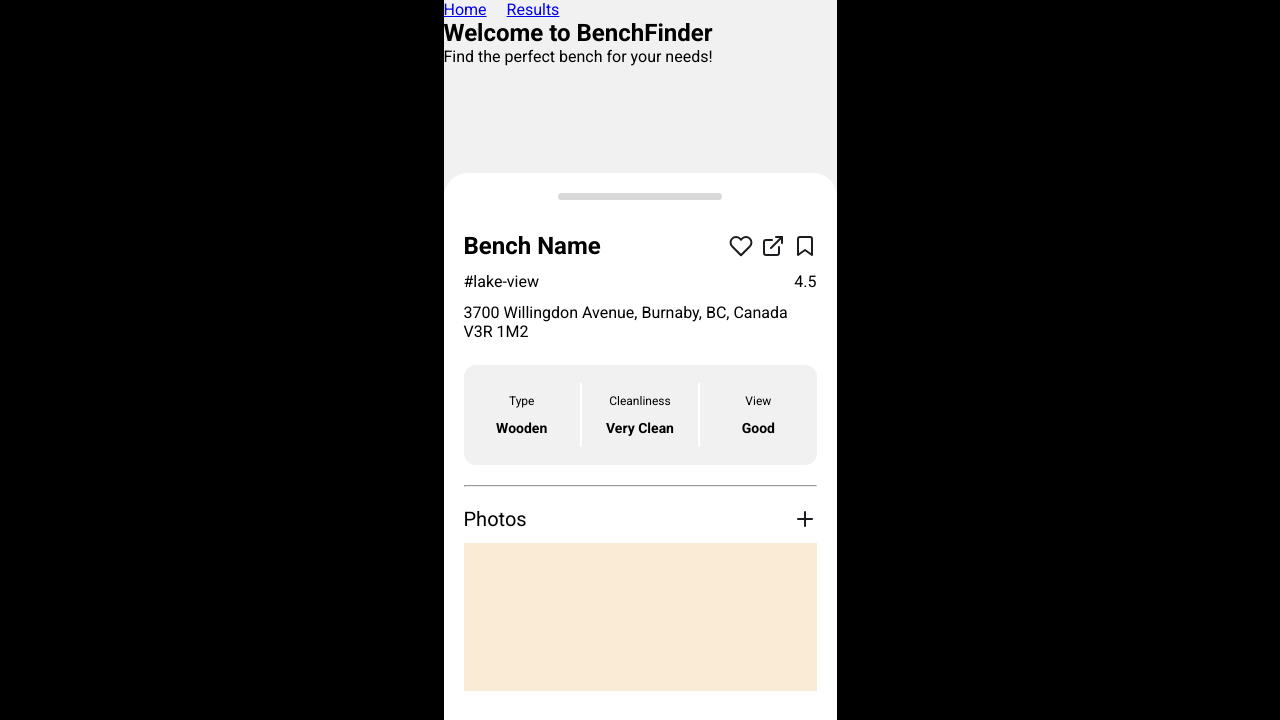
Repository: HidayatPatil/BenchFinder
Page: /
An editor plug-in stored every save of this project. The page is shown before and after the next save, followed by the edit.
The browser window is 1280 px wide. The pictures show the whole page.
The project was rebuilt for these pictures with package versions that can differ from the ones it lists, and the page was loaded fresh each time. Also part of the build but not shown: vite.config.js, src/Results.jsx.

Above is the page before, as saved 2025-10-09 22:06:01.

After the next save:
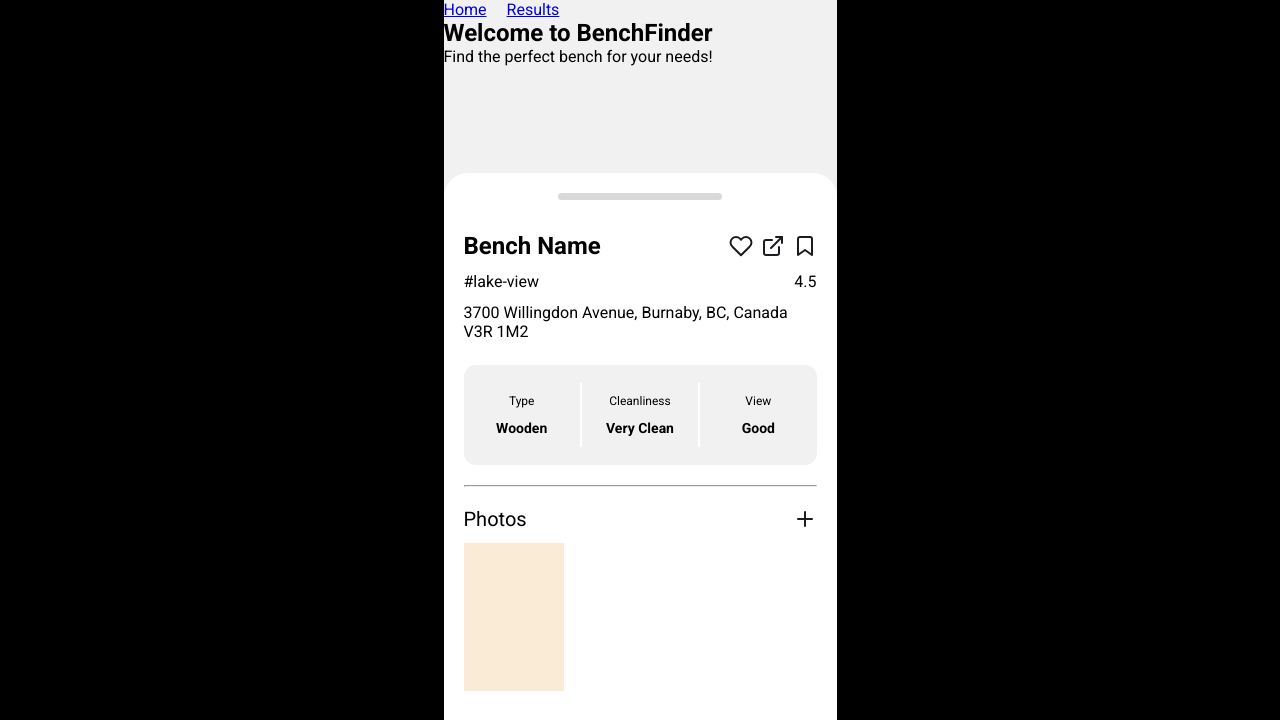
Saved 6 s later.
--- a/src/index.css
+++ b/src/index.css
@@ -163,7 +163,7 @@
 
 .photos_gallery {
     display: flex;
-    width: auto;
+    width: 100px;
     /* gap: 12px;
     align-items: flex-start;
     overflow: auto; */

After the save that followed:
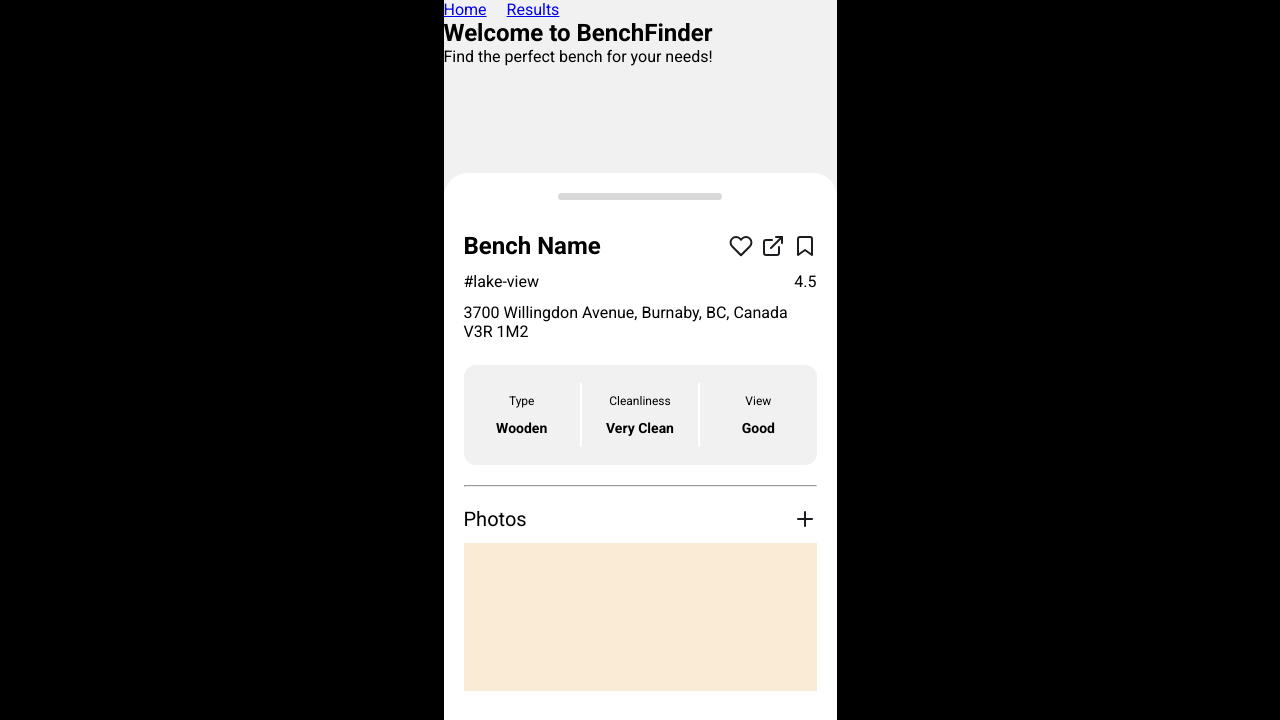
Saved 20 s later.
--- a/src/index.css
+++ b/src/index.css
@@ -163,7 +163,7 @@
 
 .photos_gallery {
     display: flex;
-    width: 100px;
+    width: 100%;
     /* gap: 12px;
     align-items: flex-start;
     overflow: auto; */
